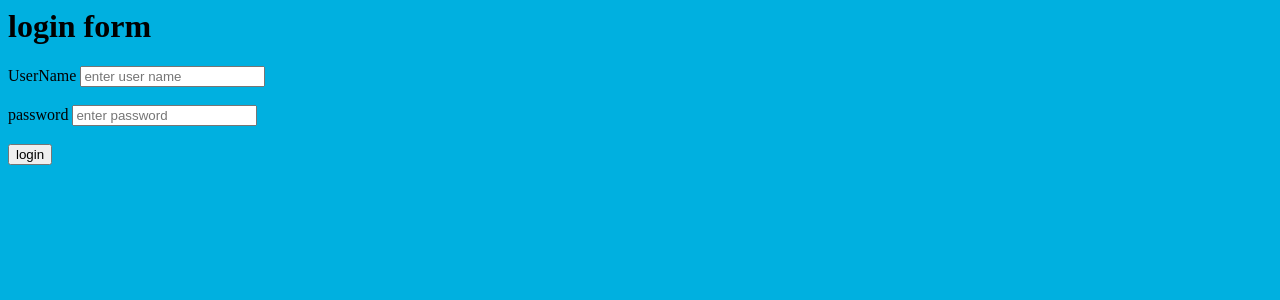
Repository: kumarapala/adv-java
Page: loginApplicatio/src/main/webapp/form.html
The author's editor kept a copy of each file at every save. The page is drawn from the files as they stood at one save, then again after the next save.
The browser window is 1280 px wide. The pictures show the whole page.

Above is the page before, as saved 2024-02-07 02:20:01.

After the next save:
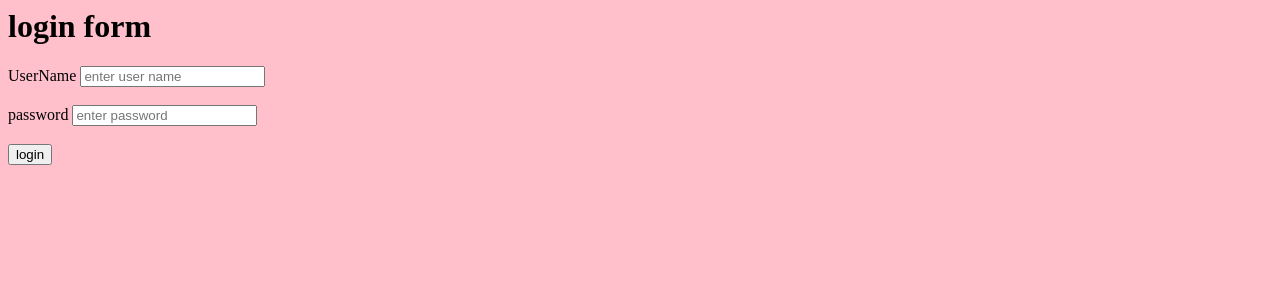
Saved 3 min 12 s later.
--- a/loginApplicatio/src/main/webapp/form.html
+++ b/loginApplicatio/src/main/webapp/form.html
@@ -2,7 +2,7 @@
 	<head>
 	<title>login form</title>
 	</head>
-	<body bgcolor = "sky blue">
+	<body bgcolor = "pink">
 	<h1>login form</h1>
 	<form method = "get" action = "loginServlet">
 	<label>UserName</label>
